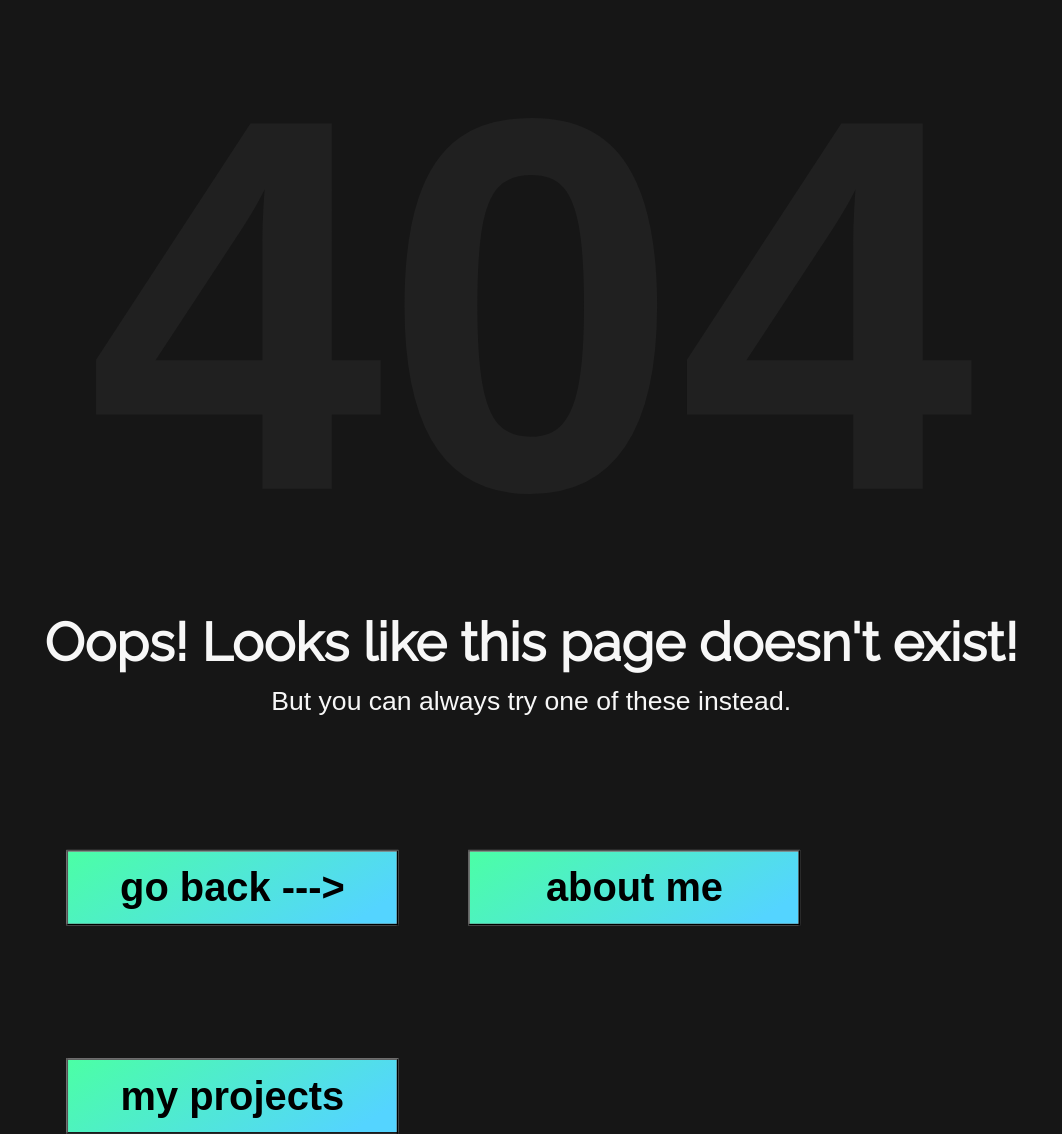
Repository: TeeJaysDev/Portfolio
Page: 404.html
These files come from the project's save history. The page is drawn as it stood at one moment and after the next save; the edit follows.
The browser window is 1280 px wide. The pictures show the whole page, at 83% of full size.

Above is the page before, as saved 2021-08-26 22:09:48.

After the next save:
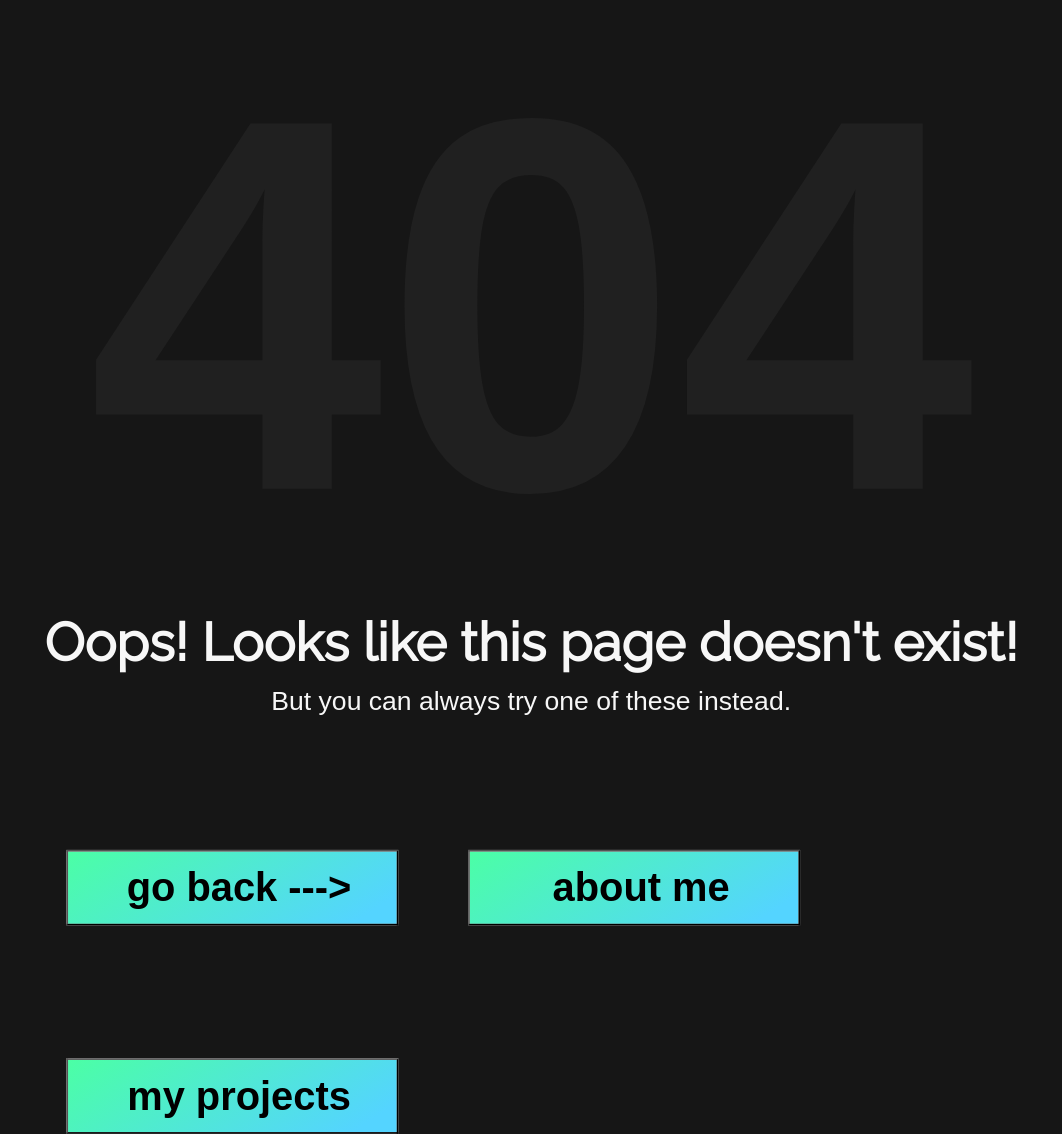
Saved 19 s later.
--- a/404.css
+++ b/404.css
@@ -48,7 +48,7 @@
 }
 
 button {
-    padding: 1rem 2rem 1rem 2rem;
+    padding: 1rem 1rem 1rem 2rem;
     width: 25rem;
     font-weight: bold;
     text-align: center;

After the save that followed:
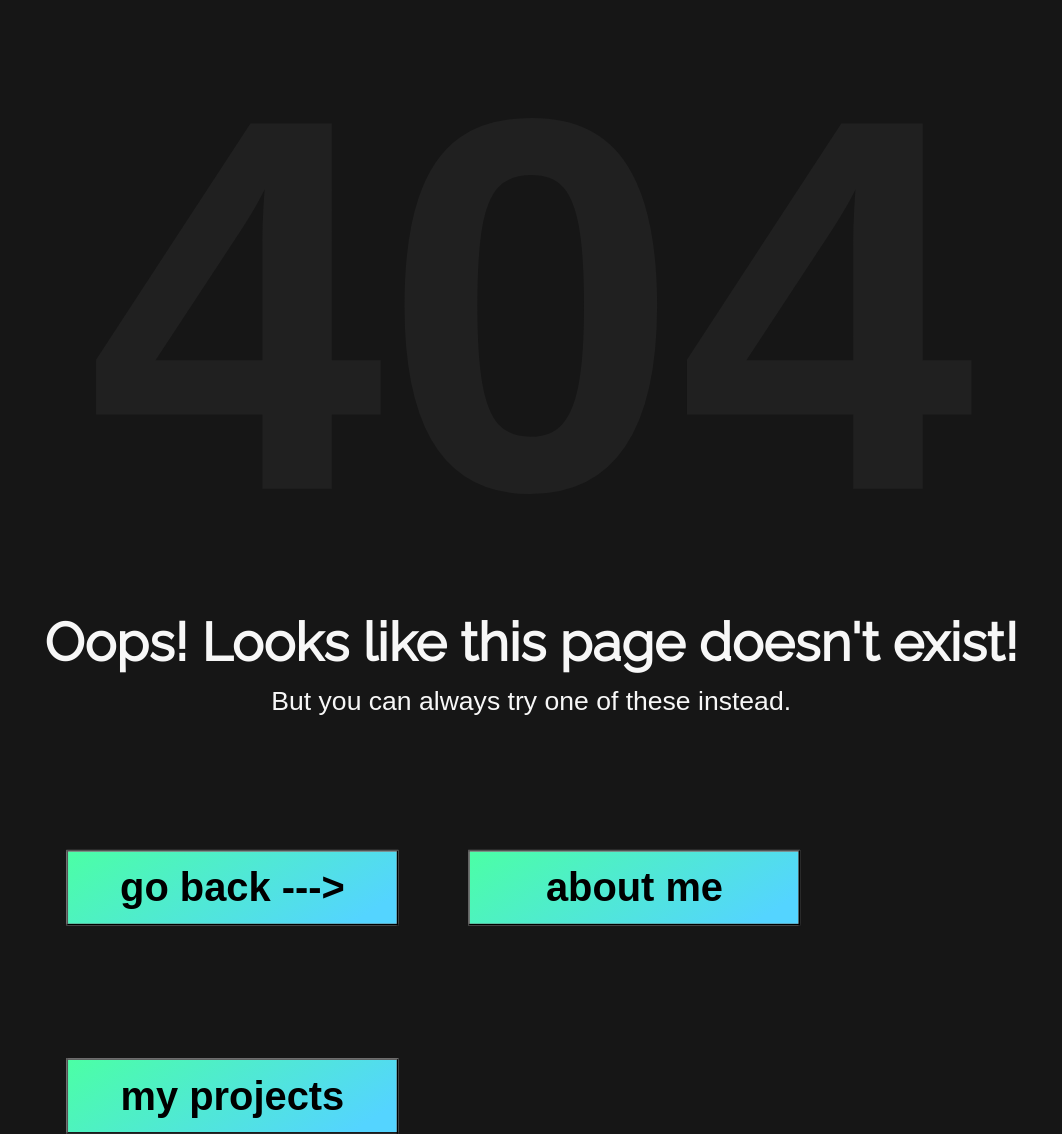
Saved 4 s later.
--- a/404.css
+++ b/404.css
@@ -48,7 +48,7 @@
 }
 
 button {
-    padding: 1rem 1rem 1rem 2rem;
+    padding: 1rem;
     width: 25rem;
     font-weight: bold;
     text-align: center;
